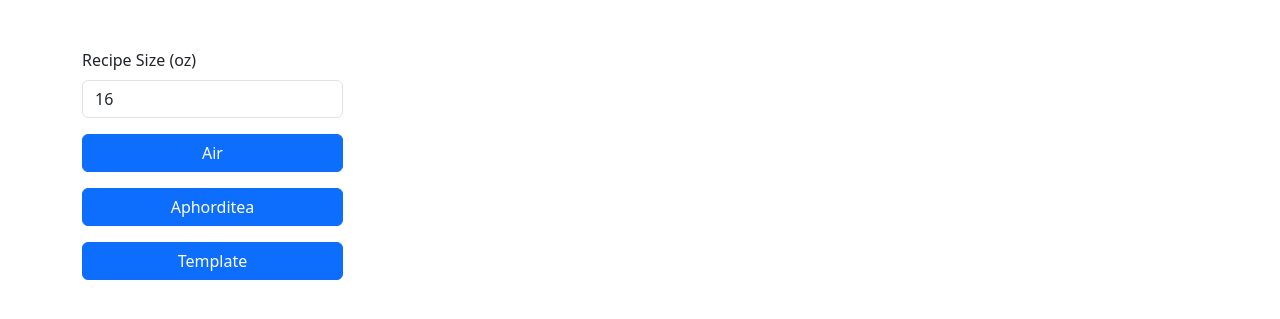
Repository: ChaidGPT/CKBatchHelper
Page: index.html
The author's editor kept a copy of each file at every save. The page is drawn from the files as they stood at one save, then again after the next save.
The browser window is 1280 px wide. The pictures show the whole page.

Above is the page before, as saved 2023-06-27 12:37:43.

### index.html
<!DOCTYPE html>
<html lang="en">

<head>
  <meta charset="UTF-8">
  <meta name="viewport" content="width=device-width, initial-scale=1.0">
  <title>Your One-Page Website</title>
  <!-- Bootstrap CSS -->
  <link href="https://cdn.jsdelivr.net/npm/bootstrap@5.3.0/dist/css/bootstrap.min.css" rel="stylesheet"
    integrity="sha384-9ndCyUaIbzAi2FUVXJi0CjmCapSmO7SnpJef0486qhLnuZ2cdeRhO02iuK6FUUVM" crossorigin="anonymous">
</head>

<body>
  <!-- Main content -->
  <main>
    <section id="section1" class="py-5">
      <div class="container">
        <div class="row">
          <div class="col-lg-3">
            <!-- Recipe Size -->
            <div class="mb-3">
              <label for="recipeSize" class="form-label">Recipe Size (oz)</label>
              <input type="number" class="form-control" id="recipeSize" value="16">
            </div>
          </div>
        </div>

        <div class="row">
          <div class="col-lg-3">
            <!-- Air Button -->
            <button class="btn btn-primary w-100" type="button" data-bs-toggle="collapse"
              data-bs-target="#airCollapse" aria-expanded="false" aria-controls="airCollapse">
              Air
            </button>
            <div class="collapse mt-3" id="airCollapse">
              <div class="card card-body">
                <table class="table">
                  <thead>
                    <tr>
                      <th>Ingredient</th>
                      <th>Quantity (oz)</th>
                    </tr>
                  </thead>
                  <tbody>
                    <tr>
                      <td>Dandelion Leaf</td>
                      <td class="ingredientQty" data-ingredient="dandelionLeaf" data-base-quantity="4">4</td>
                    </tr>
                    <tr>
                      <td>Borage</td>
                      <td class="ingredientQty" data-ingredient="borage" data-base-quantity="3">3</td>
                    </tr>
                    <tr>
                      <td>Peppermint Leaf</td>
                      <td class="ingredientQty" data-ingredient="peppermintLeaf" data-base-quantity="3">3</td>
                    </tr>
                    <tr>
                      <td>Lavender</td>
                      <td class="ingredientQty" data-ingredient="lavender" data-base-quantity="1">1</td>
                    </tr>
                    <tr>
                      <td>Lemongrass</td>
                      <td class="ingredientQty" data-ingredient="lemongrass" data-base-quantity="3">3</td>
                    </tr>
                    <tr>
                      <td>Honeysuckle</td>
                      <td class="ingredientQty" data-ingredient="honeysuckle" data-base-quantity="2">2</td>
                    </tr>
                  </tbody>
                </table>
              </div>
            </div>
          </div>
        </div>

        <div class="row">
          <div class="col-lg-3">
            <!-- Aphorditea Button -->
            <button class="btn btn-primary mt-3 w-100" type="button" data-bs-toggle="collapse"
              data-bs-target="#aphorditeaCollapse" aria-expanded="false" aria-controls="aphorditeaCollapse">
              Aphorditea
            </button>
            <div class="collapse mt-3" id="aphorditeaCollapse">
              <div class="card card-body">
                <table class="table">
                  <thead>
                    <tr>
                      <th>Ingredient</th>
                      <th>Quantity (oz)</th>
                    </tr>
                  </thead>
                  <tbody>
                    <tr>
                      <td>Dehydrated Apples</td>
                      <td class="ingredientQty" data-ingredient="dehydratedApples" data-base-quantity="3">3</td>
                    </tr>
                    <tr>
                      <td>Rose Petals</td>
                      <td class="ingredientQty" data-ingredient="rosePetals" data-base-quantity="4">4</td>
                    </tr>
                    <tr>
                      <td>Rosehips</td>
                      <td class="ingredientQty" data-ingredient="rosehips" data-base-quantity="3">3</td>
                    </tr>
                    <tr>
                      <td>Linden</td>
                      <td class="ingredientQty" data-ingredient="linden" data-base-quantity="2">2</td>
                    </tr>
                    <tr>
                      <td>Oregano</td>
                      <td class="ingredientQty" data-ingredient="oregano" data-base-quantity="1">1</td>
                    </tr>
                    <tr>
                      <td>Hawthorn Berries</td>
                      <td class="ingredientQty" data-ingredient="hawthornBerries" data-base-quantity="3">3</td>
                    </tr>
                  </tbody>
                </table>
              </div>
            </div>
          </div>
        </div>

        <div class="row">
          <div class="col-lg-3">
            <!-- Template Button -->
            <button class="btn btn-primary mt-3 w-100" type="button" data-bs-toggle="collapse"
              data-bs-target="#templateCollapse" aria-expanded="false" aria-controls="templateCollapse">
              Template
            </button>
            <div class="collapse mt-3" id="templateCollapse">
              <div class="card card-body">
                <!-- Template Card Content -->
              </div>
            </div>
          </div>
        </div>
      </div>
    </section>
  </main>

  <!-- Bootstrap JS -->
  <script src="https://cdn.jsdelivr.net/npm/bootstrap@5.3.0/dist/js/bootstrap.bundle.min.js"
    integrity="sha384-geWF76RCwLtnZ8qwWowPQNguL3RmwHVBC9FhGdlKrxdiJJigb/j/68SIy3Te4Bkz" crossorigin="anonymous"></script>
  <script>
    // Recipe Size Change Event
    const recipeSizeInput = document.getElementById('recipeSize');
    const ingredientQtyElements = document.getElementsByClassName('ingredientQty');

    recipeSizeInput.addEventListener('change', function () {
      const recipeSize = parseInt(this.value, 10);
      Array.from(ingredientQtyElements).forEach(function (element) {
        const baseQuantity = parseInt(element.dataset.baseQuantity, 10);
        const ingredient = element.dataset.ingredient;
        element.textContent = (baseQuantity * recipeSize / 16).toFixed(2);
      });
    });
  </script>
</body>

</html>

After the next save:
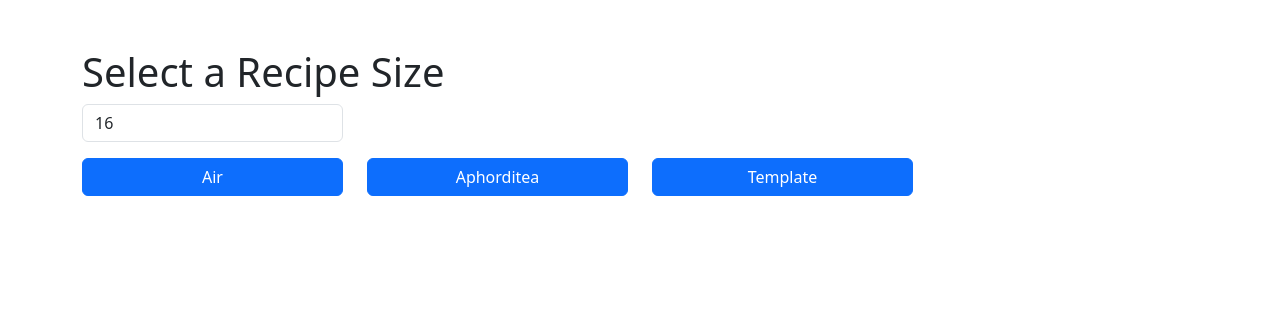
Saved 3 min 35 s later.
--- a/index.html
+++ b/index.html
@@ -15,17 +15,14 @@
   <main>
     <section id="section1" class="py-5">
       <div class="container">
+        <h1>Select a Recipe Size</h1>
         <div class="row">
           <div class="col-lg-3">
-            <!-- Recipe Size -->
-            <div class="mb-3">
-              <label for="recipeSize" class="form-label">Recipe Size (oz)</label>
-              <input type="number" class="form-control" id="recipeSize" value="16">
-            </div>
+            <input id="recipeSize" type="number" class="form-control" value="16">
           </div>
         </div>
 
-        <div class="row">
+        <div class="row mt-3">
           <div class="col-lg-3">
             <!-- Air Button -->
             <button class="btn btn-primary w-100" type="button" data-bs-toggle="collapse"
@@ -71,12 +68,10 @@
               </div>
             </div>
           </div>
-        </div>
 
-        <div class="row">
           <div class="col-lg-3">
             <!-- Aphorditea Button -->
-            <button class="btn btn-primary mt-3 w-100" type="button" data-bs-toggle="collapse"
+            <button class="btn btn-primary w-100" type="button" data-bs-toggle="collapse"
               data-bs-target="#aphorditeaCollapse" aria-expanded="false" aria-controls="aphorditeaCollapse">
               Aphorditea
             </button>
@@ -119,22 +114,31 @@
               </div>
             </div>
           </div>
-        </div>
 
-        <div class="row">
           <div class="col-lg-3">
             <!-- Template Button -->
-            <button class="btn btn-primary mt-3 w-100" type="button" data-bs-toggle="collapse"
+            <button class="btn btn-primary w-100" type="button" data-bs-toggle="collapse"
               data-bs-target="#templateCollapse" aria-expanded="false" aria-controls="templateCollapse">
               Template
             </button>
             <div class="collapse mt-3" id="templateCollapse">
               <div class="card card-body">
-                <!-- Template Card Content -->
+                <table class="table">
+                  <thead>
+                    <tr>
+                      <th>Ingredient</th>
+                      <th>Quantity (oz)</th>
+                    </tr>
+                  </thead>
+                  <tbody>
+                    <!-- Add template ingredients here -->
+                  </tbody>
+                </table>
               </div>
             </div>
           </div>
         </div>
+
       </div>
     </section>
   </main>
@@ -142,19 +146,33 @@
   <!-- Bootstrap JS -->
   <script src="https://cdn.jsdelivr.net/npm/bootstrap@5.3.0/dist/js/bootstrap.bundle.min.js"
     integrity="sha384-geWF76RCwLtnZ8qwWowPQNguL3RmwHVBC9FhGdlKrxdiJJigb/j/68SIy3Te4Bkz" crossorigin="anonymous"></script>
+
+  <!-- Custom JS -->
   <script>
-    // Recipe Size Change Event
-    const recipeSizeInput = document.getElementById('recipeSize');
-    const ingredientQtyElements = document.getElementsByClassName('ingredientQty');
+    // Update ingredient quantities based on recipe size
+    function updateIngredientQuantities() {
+      const recipeSize = parseInt(document.getElementById('recipeSize').value);
 
-    recipeSizeInput.addEventListener('change', function () {
-      const recipeSize = parseInt(this.value, 10);
-      Array.from(ingredientQtyElements).forEach(function (element) {
-        const baseQuantity = parseInt(element.dataset.baseQuantity, 10);
+      const ingredientQtyElements = document.getElementsByClassName('ingredientQty');
+      for (let i = 0; i < ingredientQtyElements.length; i++) {
+        const element = ingredientQtyElements[i];
+        const baseQuantity = parseInt(element.dataset.baseQuantity);
         const ingredient = element.dataset.ingredient;
-        element.textContent = (baseQuantity * recipeSize / 16).toFixed(2);
-      });
-    });
+
+        const newQuantity = (recipeSize / 16) * baseQuantity;
+        element.innerText = newQuantity.toFixed(2);
+
+        // Update ingredient name (plural/singular) based on quantity
+        const ingredientName = (newQuantity === 1) ? ingredient : ingredient + 's';
+        element.previousElementSibling.innerText = ingredientName;
+      }
+    }
+
+    // Add event listener for recipe size change
+    document.getElementById('recipeSize').addEventListener('input', updateIngredientQuantities);
+
+    // Initial update on page load
+    updateIngredientQuantities();
   </script>
 </body>
 
